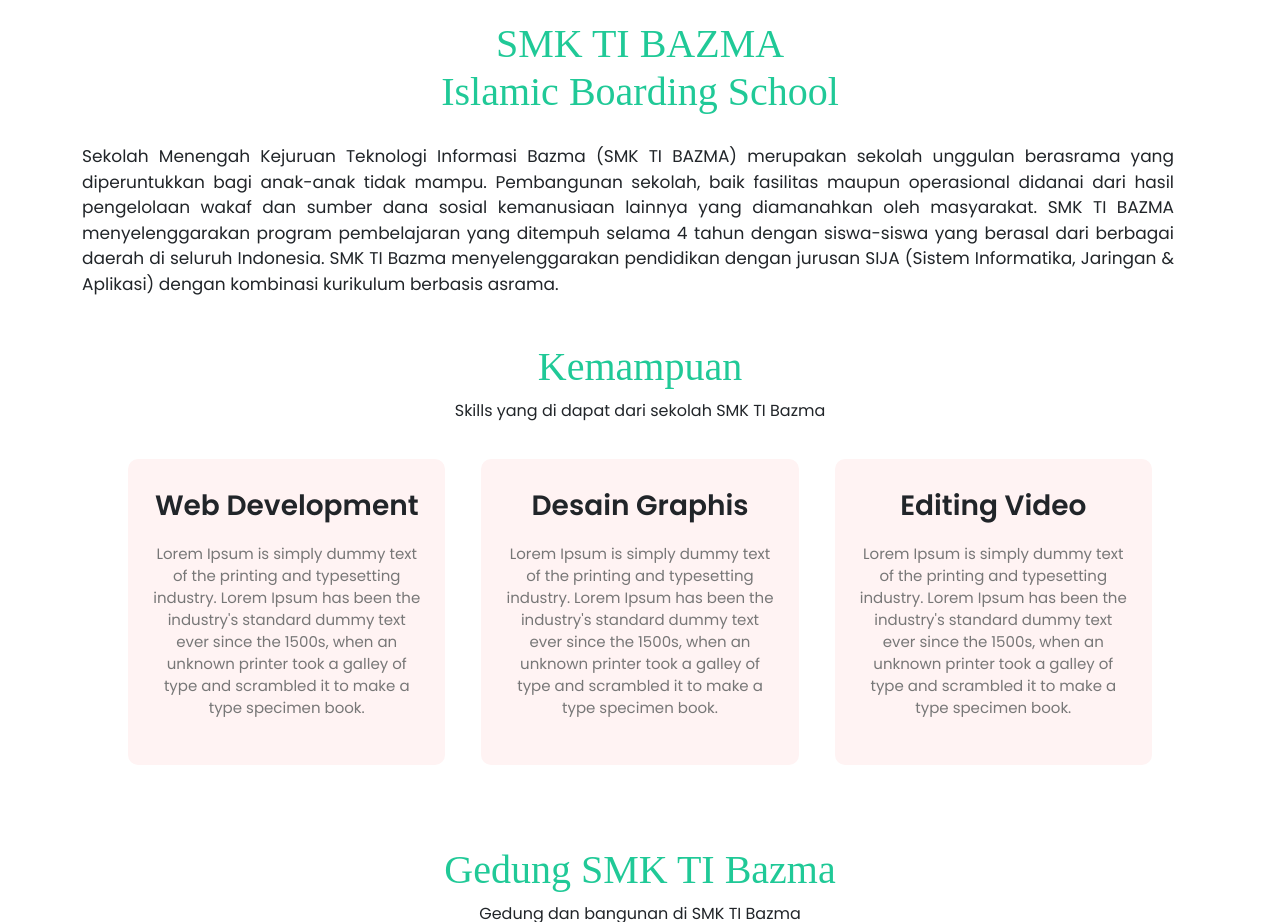
Repository: farhannurrahmat/Landing-Page-School
Page: index.html
These files come from the project's save history. The page is drawn as it stood at one moment and after a run of saves; the edit follows.
The browser window is 1280 px wide. The pictures show the part of the page from y = 720 to 1642 px (the page is 4147 px tall).
A picture or video elsewhere on the page could not be fetched, so the positions and the page height are approximate.

Above is the page before, as saved 2024-01-31 08:48:17.

After the next 4 saves:
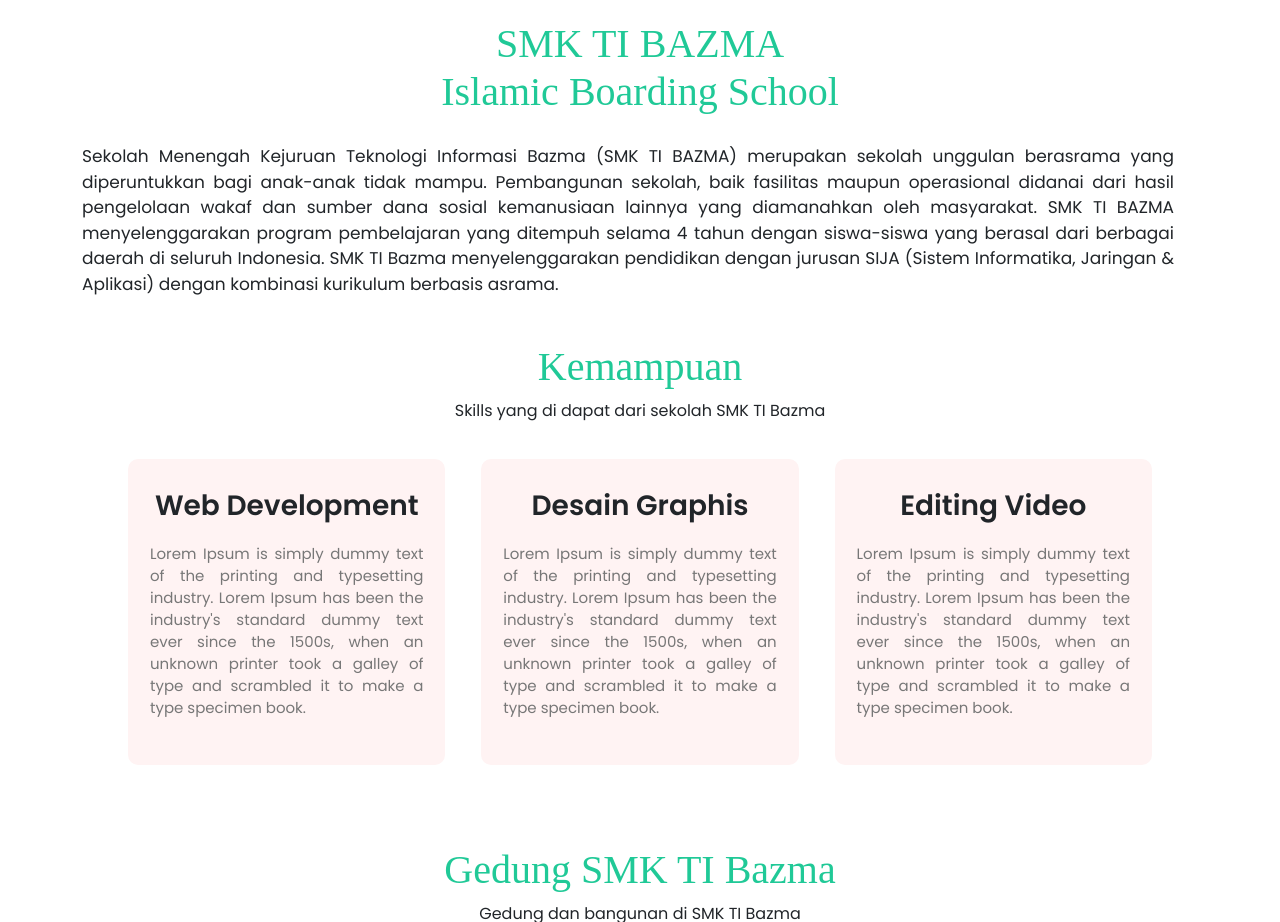
The 4 saves are shown as one change because they came seconds apart.
The last was saved 39 s later.
--- a/index.html
+++ b/index.html
@@ -65,21 +65,21 @@
     <div class="row1">
       <div class="course-col1">
         <h3>Web Development</h3>
-        <p>Lorem Ipsum is simply dummy text of the printing and typesetting industry. Lorem Ipsum has been the
+        <p style="text-align: justify;">Lorem Ipsum is simply dummy text of the printing and typesetting industry. Lorem Ipsum has been the
           industry's standard dummy text ever since the 1500s, when an unknown printer took a galley of type and
           scrambled it to make a type specimen book.</p>
       </div>
 
       <div class="course-col1">
         <h3>Desain Graphis</h3>
-        <p>Lorem Ipsum is simply dummy text of the printing and typesetting industry. Lorem Ipsum has been the
+        <p style="text-align: justify;">Lorem Ipsum is simply dummy text of the printing and typesetting industry. Lorem Ipsum has been the
           industry's standard dummy text ever since the 1500s, when an unknown printer took a galley of type and
           scrambled it to make a type specimen book.</p>
       </div>
 
       <div class="course-col1">
         <h3>Editing Video</h3>
-        <p>Lorem Ipsum is simply dummy text of the printing and typesetting industry. Lorem Ipsum has been the
+        <p style="text-align: justify;">Lorem Ipsum is simply dummy text of the printing and typesetting industry. Lorem Ipsum has been the
           industry's standard dummy text ever since the 1500s, when an unknown printer took a galley of type and
           scrambled it to make a type specimen book.</p>
       </div>
